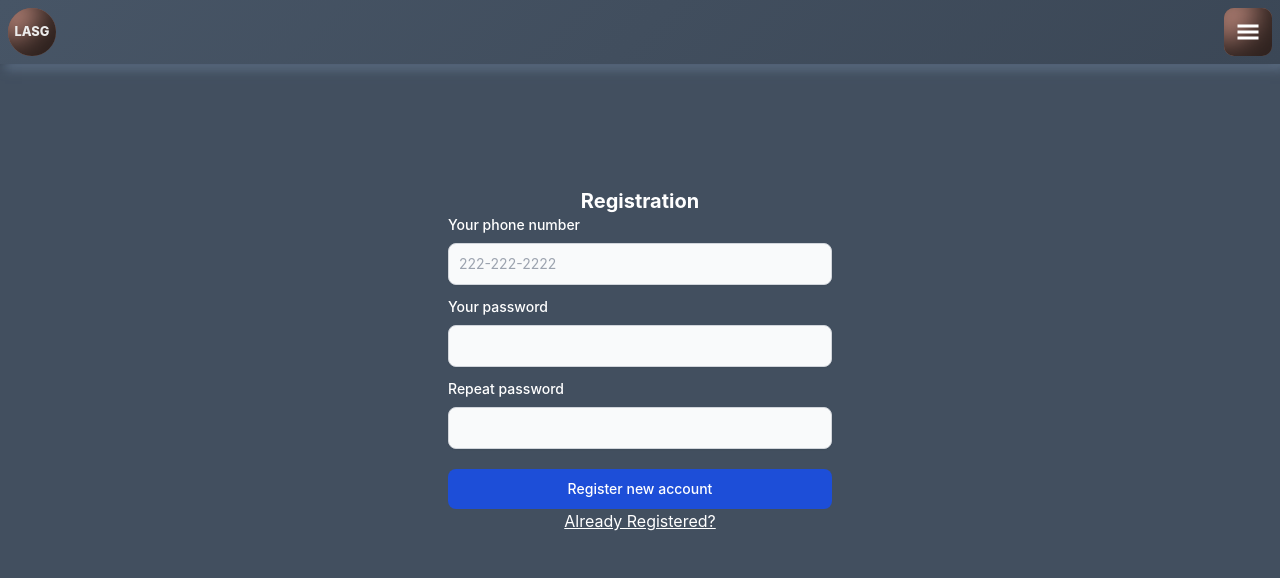
Repository: ShindanoSingi/LA-Swahili-Group
Page: /login (app in client/)
An editor plug-in stored every save of this project. The page is shown before and after the next save, followed by the edit.
The browser window is 1280 px wide. The pictures show the whole page.
The project was rebuilt for these pictures with package versions that can differ from the ones it lists, and the page was loaded fresh each time. Also part of the build but not shown: client/src/pages/error/Error.css, client/src/pages/error/Error.js, client/src/pages/home/Home.js, client/src/pages/about/About.js, client/src/pages/contact/Contact.js.

Above is the page before, as saved 2024-02-06 23:07:53.

After the next save:
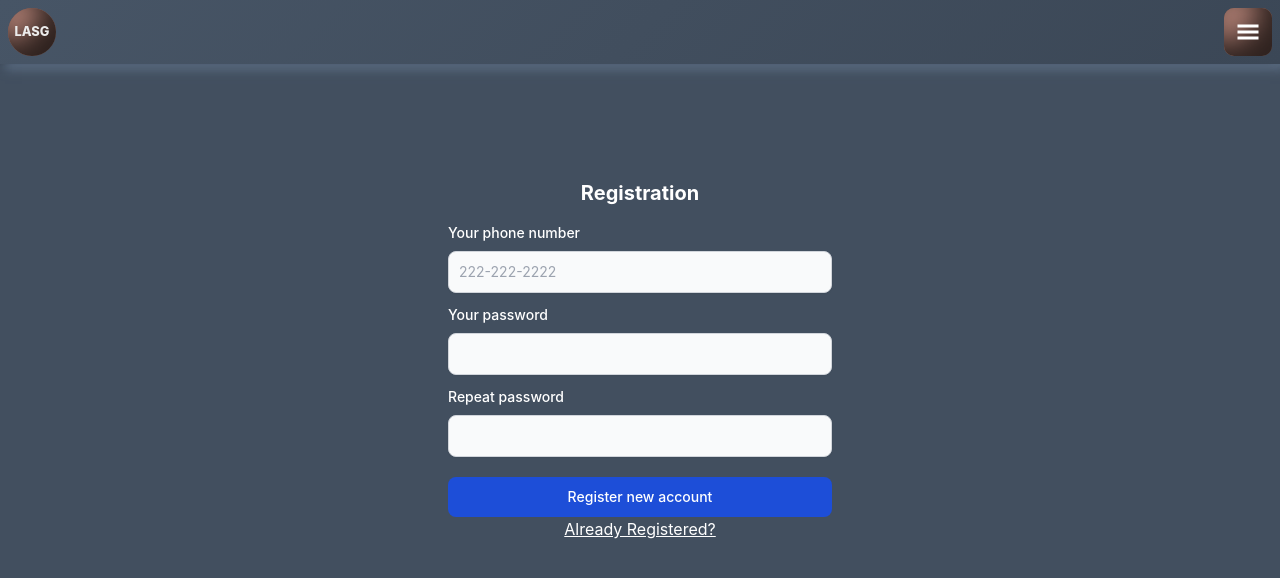
Saved 14 s later.
--- a/client/src/pages/login/Login.js
+++ b/client/src/pages/login/Login.js
@@ -6,7 +6,7 @@ function Login() {
       return (
             <div className="container">
                   <div className="w-[80%]">
-                        <h1 className="text-xl font-bold text-center text-white dark:text-white">Registration</h1>
+                        <h1 className="text-xl font-bold text-center mb-4 text-white dark:text-white">Registration</h1>
                         <form className="max-w-sm mx-auto">
                               <div className="mb-3">
                                     <label
